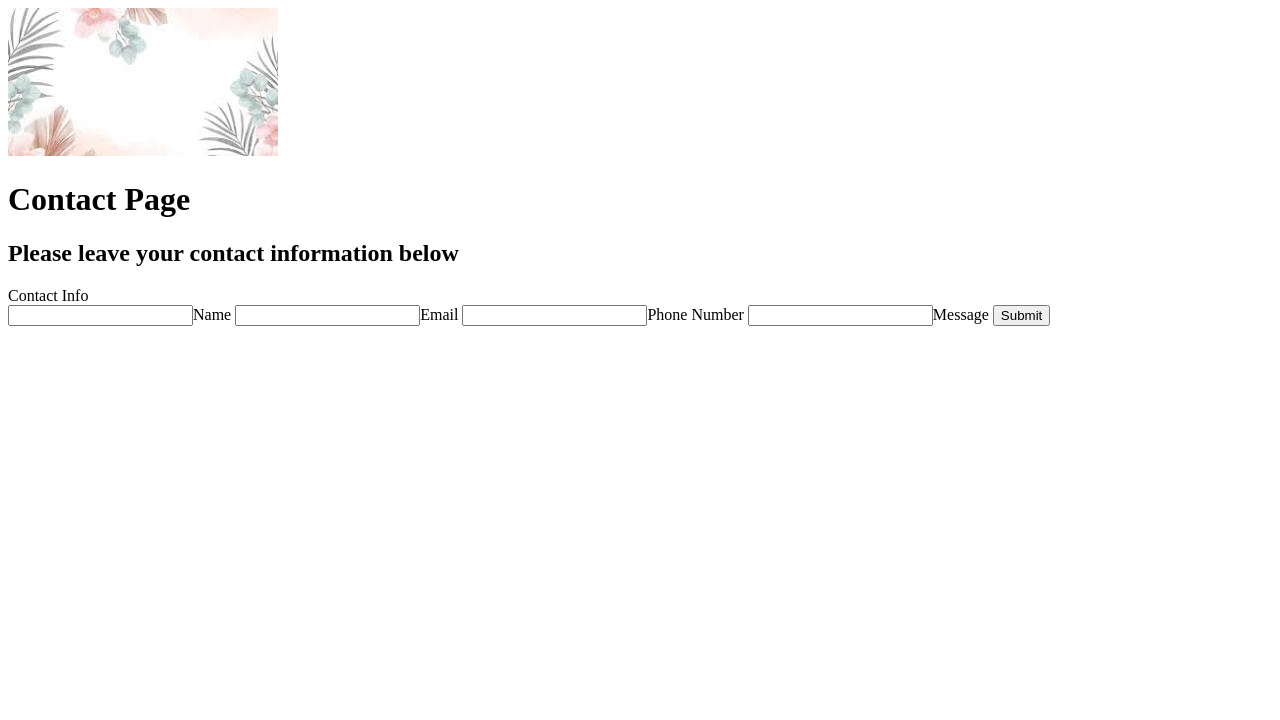
Repository: MelindaN14/My-Personal-Website
Page: contact.html
The author's editor kept a copy of each file at every save. The page is drawn from the files as they stood at one save, then again after a run of saves.
The browser window is 1280 px wide. The pictures show the whole page.

Above is the page before, as saved 2024-03-25 22:14:23.

After the next 2 saves:
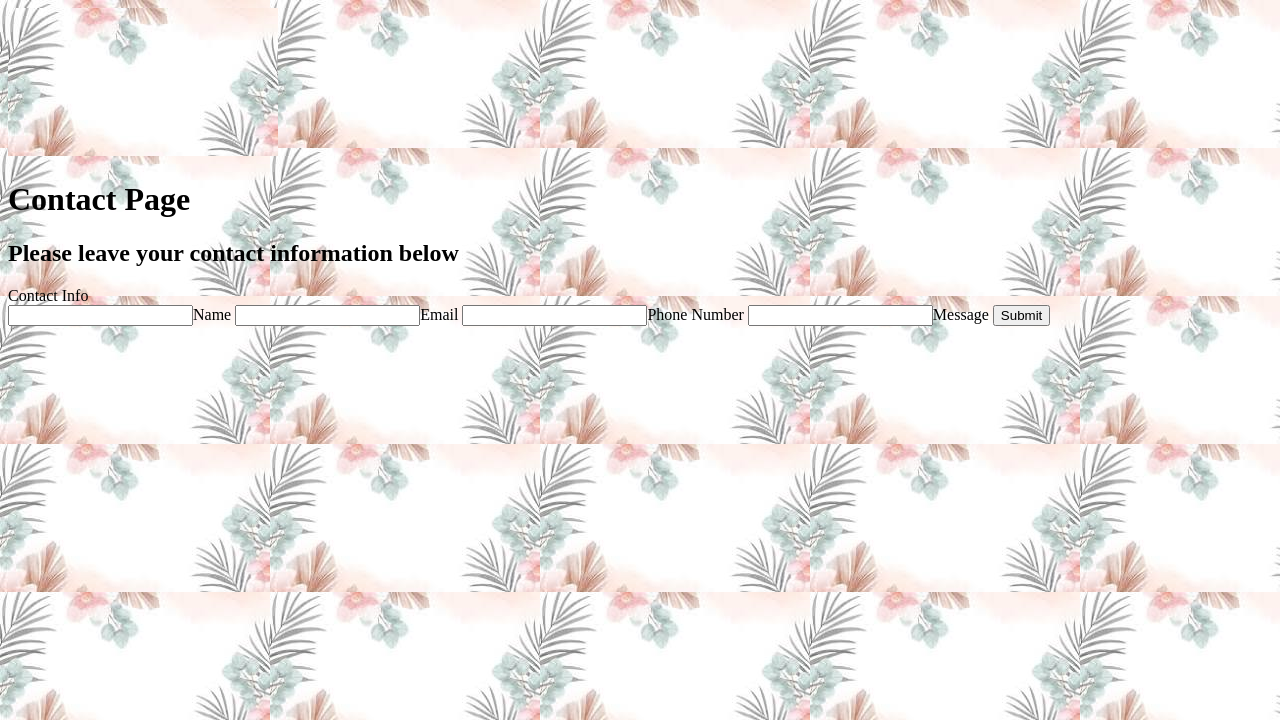
The 2 saves are shown as one change because they came seconds apart.
The last was saved 9 s later.
--- a/contact.html
+++ b/contact.html
@@ -10,7 +10,7 @@
   <body>
     <style>
       body{
-        background-image: url('')
+        background-image: url(contact\ backgound.jpeg)
       }
     </style>
     <h1>Contact Page</h1>

After the 2 saves that followed:
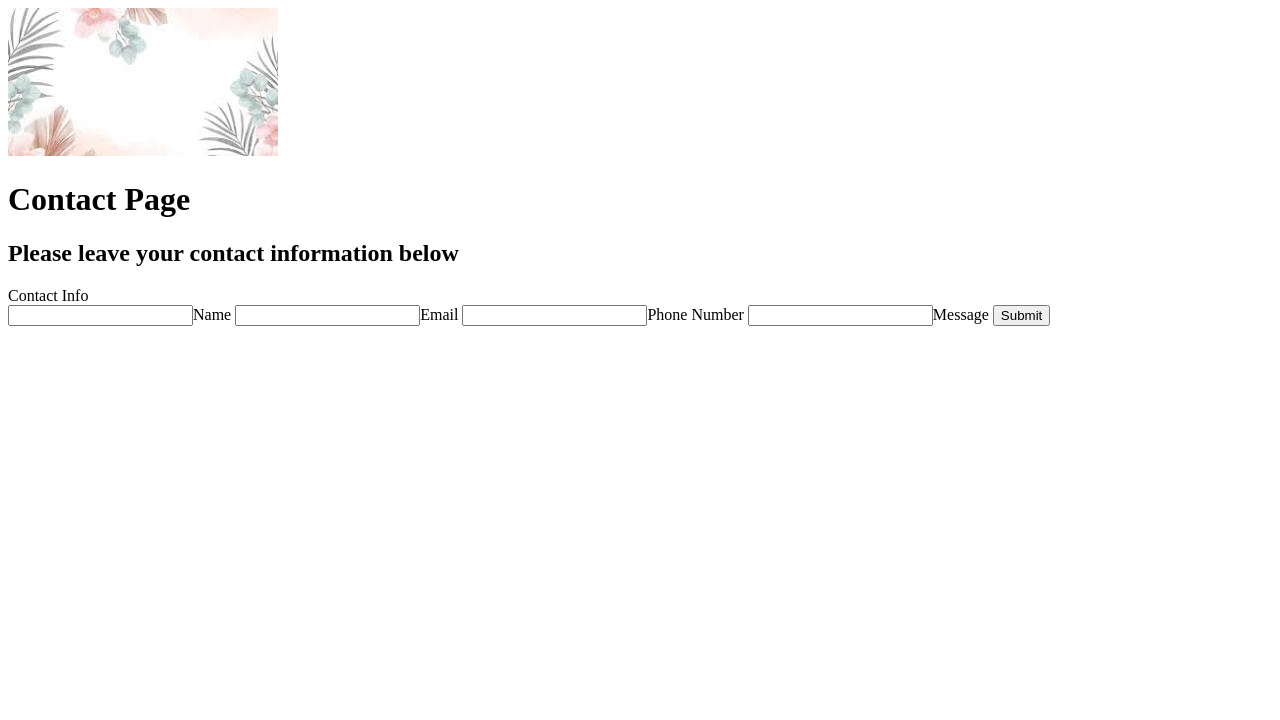
Not found: contactbackgound.jpeg
The 2 saves are shown as one change because 1 left the picture as it was.
The last was saved 26 s later.
--- a/contact.html
+++ b/contact.html
@@ -10,7 +10,7 @@
   <body>
     <style>
       body{
-        background-image: url(contact\ backgound.jpeg)
+        background-image: url(contactbackgound.jpeg);
       }
     </style>
     <h1>Contact Page</h1>
